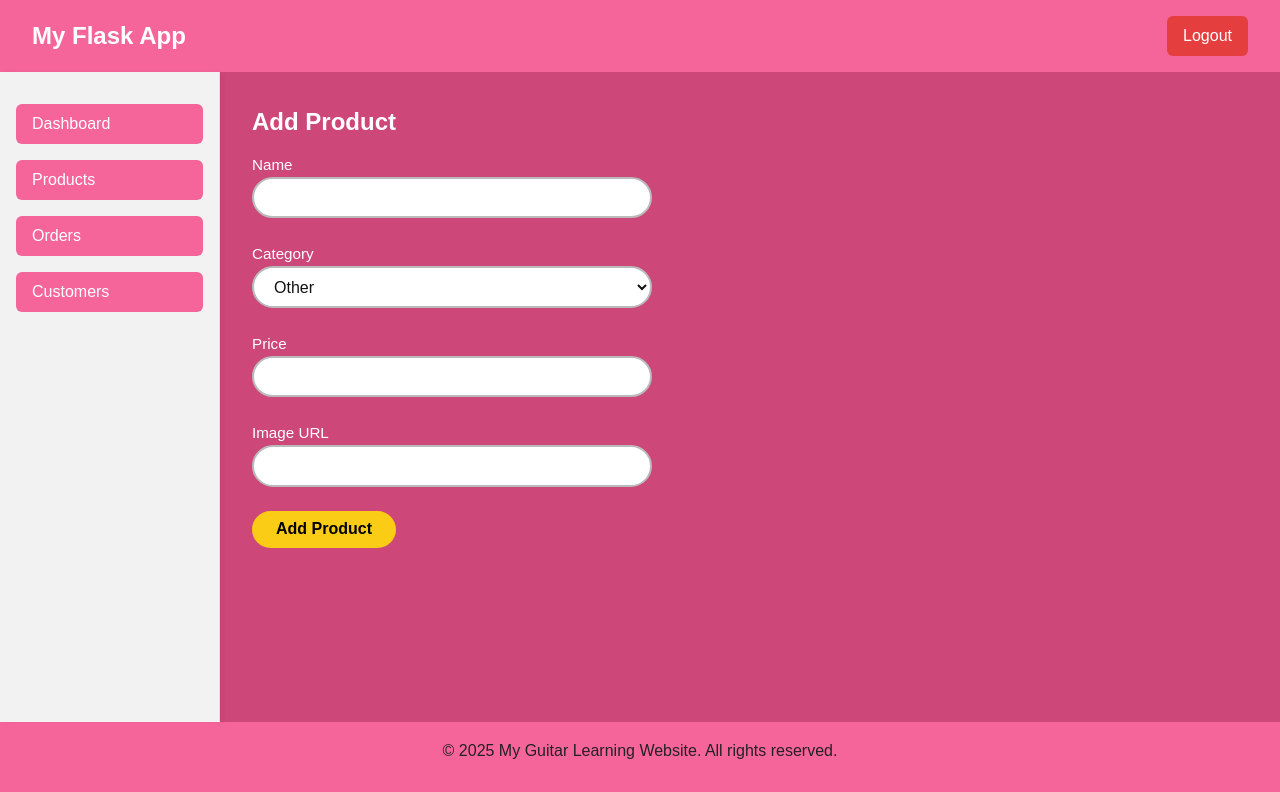
Repository: rywkoo/LearnGuitar
Page: templates/admin/addproduct.html
The author's editor kept a copy of each file at every save. The page is drawn from the files as they stood at one save, then again after the next save.
The browser window is 1280 px wide. The pictures show the whole page.
The page is served by the project's application, run on Flask 3 (app.py). The template is opened directly, without the code that normally fills it, so the values that code supplies are empty.

Above is the page before, as saved 2025-08-25 21:27:54.

After the next save:
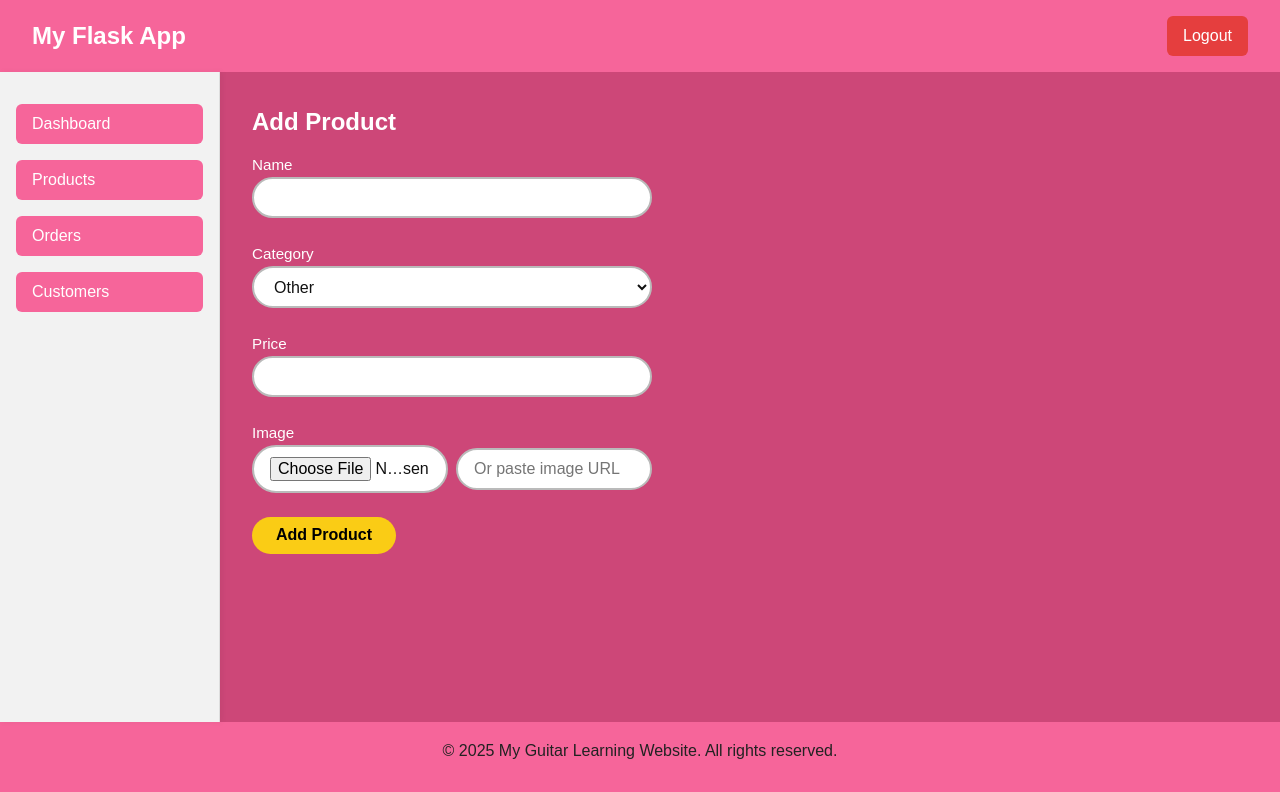
Saved 2 min 33 s later.
--- a/templates/admin/addproduct.html
+++ b/templates/admin/addproduct.html
@@ -18,7 +18,7 @@
                 {% endfor %}
                 <option value="__other__">Other</option>
             </select>
-        </br>
+
             <input class="input" type="text" name="category_new" id="categoryOther" style="display:none;" placeholder="Enter new category">
         </div>
         </br>
@@ -28,9 +28,15 @@
         </div>
         </br>
         <div class="mb-3">
-            <label style="color: white;">Image URL</label>
-            <input class="input" type="text" name="image" required>
+            <label style="color: white;">Image</label>
+            <div style="display: flex; gap: 0.5rem; align-items: center;">
+                <!-- File picker -->
+                <input class="input" type="file" name="image_file" id="imageFile" accept="image/*">
+                <!-- URL input -->
+                <input class="input" type="text" name="image_url" placeholder="Or paste image URL">
+            </div>
         </div>
+
         </br>
         <button class="btn btn-primary" type="submit">Add Product</button>
     </form>
